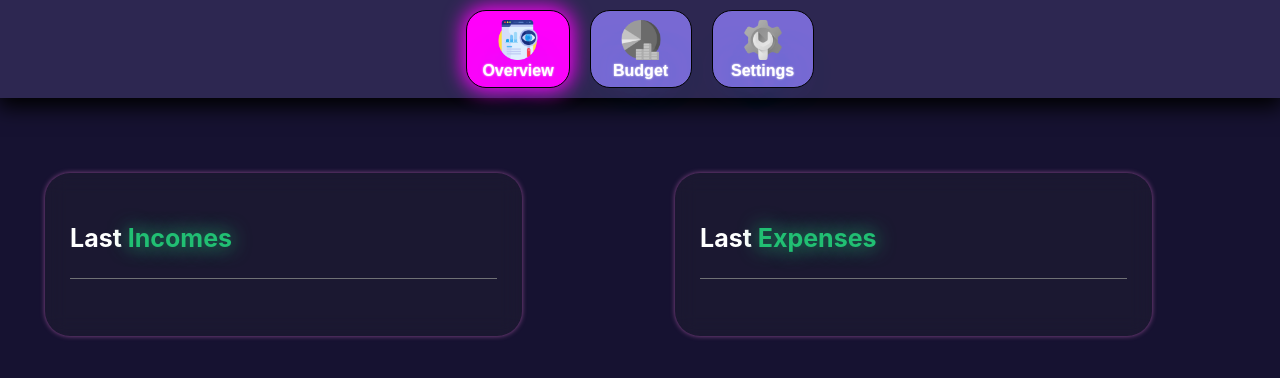
Repository: Minkeani/Money-Manager
Page: /Overview
The author's editor kept a copy of each file at every save. The page is drawn from the files as they stood at one save, then again after the next save.
The browser window is 1280 px wide. The pictures show the whole page.
The project was rebuilt for these pictures with package versions that can differ from the ones it lists, and the page was loaded fresh each time. Also part of the build but not shown: src/components/Budget/Budget.module.css, src/components/Budget/Budget.jsx, src/components/Settings/Settings.jsx, src/components/NotFound/NotFound.module.css, src/components/NotFound/NotFound.jsx.

Above is the page before, as saved 2022-07-14 20:20:07.

After the next save:
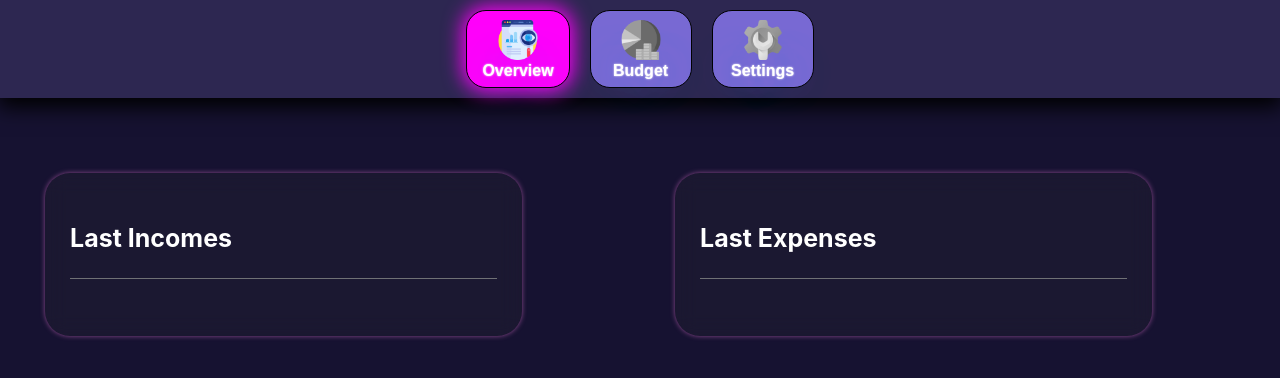
Saved 25 s later.
--- a/src/components/OverviewBlocks/OverviewBlock.jsx
+++ b/src/components/OverviewBlocks/OverviewBlock.jsx
@@ -11,7 +11,7 @@ const OverviewBlock = () => {
         <>
             {blocks.map(({type, sign, classes, money, category}) => (
                     <div className={styles.container}>
-                        <h3 className={styles.title}>Last <span className={styles.money}>{type}</span></h3>
+                        <h3 className={styles.title}>Last <span className={styles.classes}>{type}</span></h3>
                         <div className={styles.dilivar}></div>
                             <ul className={styles.list}>
                                     {/* <li><span className={styles.money}>{sign}{money}</span> from <span>{category}</span></li> */}
